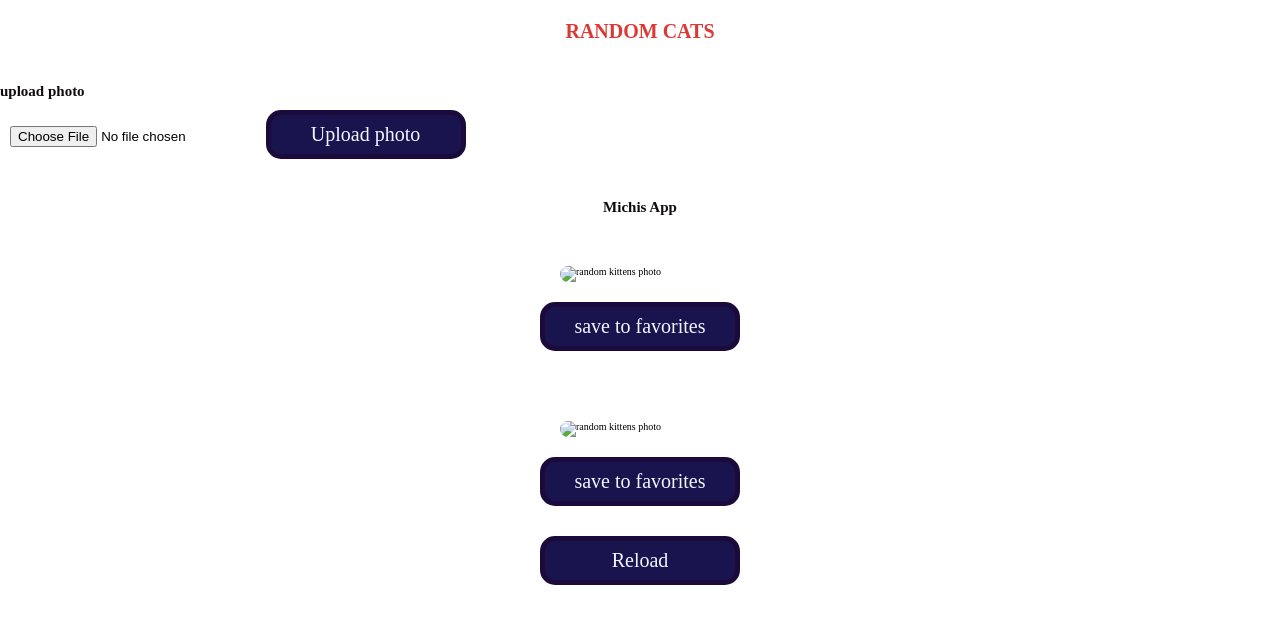
Repository: elto82/ConsumoAPIRESTjs
Page: index.html
An editor plug-in stored every save of this project. The page is shown before and after the next save, followed by the edit.
The browser window is 1280 px wide. The pictures show the whole page.
The page's requests for data from a server got no answer.

Above is the page before, as saved 2022-07-04 21:50:26.

After the next save:
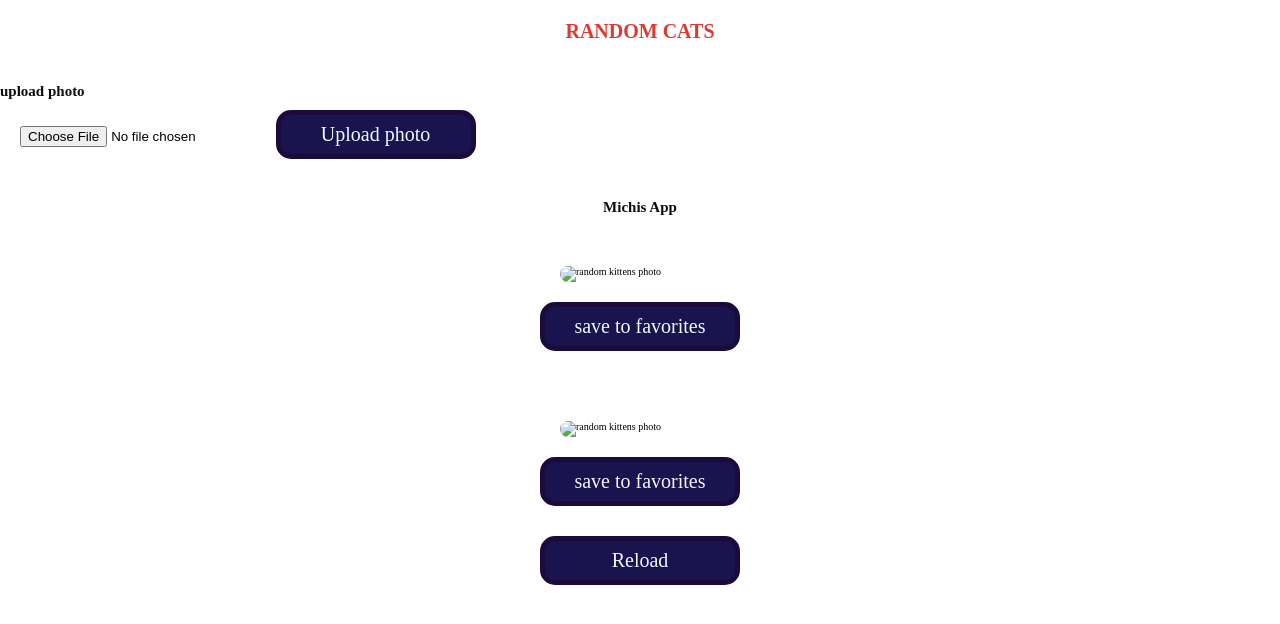
Saved 52 s later.
--- a/style.css
+++ b/style.css
@@ -81,7 +81,7 @@ article{
 }
 
 #uploadingForm{
-  margin: 1rem;
+  margin: 0 0 1rem 2rem;
 
 }
 background-color: rgb(26, 20, 78);
